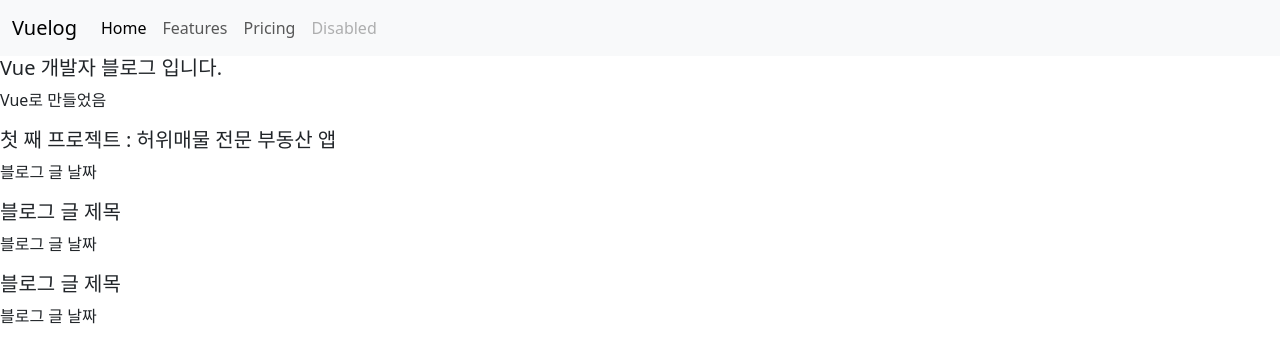
Repository: sangwoolee9701/testReposit
Page: / (app in vue_강습/blog/blog/)
An editor plug-in stored every save of this project. The page is shown before and after the next save, followed by the edit.
The browser window is 1280 px wide. The pictures show the whole page.
The project was rebuilt for these pictures with package versions that can differ from the ones it lists, and the page was loaded fresh each time. Also part of the build but not shown: vue_강습/blog/blog/vite.config.js, vue_강습/blog/blog/src/assets/main.css.

Above is the page before, as saved 2026-03-24 21:06:26.

### vue_강습/blog/blog/index.html
<!DOCTYPE html>
<html lang="">
  <head>
    <meta charset="UTF-8">
    <link rel="icon" href="/favicon.ico">

    <meta name="viewport" content="width=device-width, initial-scale=1.0">
    <title>Vite App</title>
  </head>
  <body>
    <div id="app"></div>
    <script type="module" src="/src/main.js"></script>
  </body>
</html>

### vue_강습/blog/blog/src/main.js
import './assets/main.css'

import { createApp } from 'vue'
import App from './App.vue'

import 'bootstrap'
import 'bootstrap/dist/css/bootstrap.min.css'

createApp(App).mount('#app')

### vue_강습/blog/blog/src/App.vue
<template>
  <nav class="navbar navbar-expand-lg bg-body-tertiary">
    <div class="container-fluid">
      <a class="navbar-brand" href="#">Vuelog</a>
      <button class="navbar-toggler" type="button" data-bs-toggle="collapse" data-bs-target="#navbarNav" aria-controls="navbarNav" aria-expanded="false" aria-label="Toggle navigation">
        <span class="navbar-toggler-icon"></span>
      </button>
      <div class="collapse navbar-collapse" id="navbarNav">
        <ul class="navbar-nav">
          <li class="nav-item">
            <a class="nav-link active" aria-current="page" href="#">Home</a>
          </li>
          <li class="nav-item">
            <a class="nav-link" href="#">Features</a>
          </li>
          <li class="nav-item">
            <a class="nav-link" href="#">Pricing</a>
          </li>
          <li class="nav-item">
            <a class="nav-link disabled" aria-disabled="true">Disabled</a>
          </li>
        </ul>
      </div>
    </div>
  </nav>

  <div class="container_wrap">
    <h5>Vue 개발자 블로그 입니다.</h5>
    <p>Vue로 만들었음</p>

  </div>

  <List :블로그글v="블로그글"/>

</template>




<script>
import List from './components/List.vue';
import blog from './assets/blog.js';

export default{
  name: 'App',

  data(){
    return{
      블로그글 : blog

    }
  },

  components: {
    List : List,
  }
}
</script>







<style>


</style>

### vue_강습/blog/blog/src/components/List.vue
<template>
    <div>
        <h5>{{ 블로그글v[0].title }}</h5>
        <p>블로그 글 날짜</p>
    </div>
    <div>
        <h5>블로그 글 제목</h5>
        <p>블로그 글 날짜</p>
    </div>
    <div>
        <h5>블로그 글 제목</h5>
        <p>블로그 글 날짜</p>
    </div>
</template>




<script>
export default{
    name : 'list',
    props : {
        블로그글v : Array,
    }
}
</script>







<style>
/* reset */





</style>

### vue_강습/blog/blog/src/assets/blog.js
export default [{
    title : '첫 째 프로젝트 : 허위매물 전문 부동산 앱',
    content : 'Vue를 이용하면 비누같이 매끈한 앱을 만들 수 있습니다',
    date : 'September 24, 2021',
    number : 0
  },{
    title : '둘 째 프로젝트 : 오마카세 배달 앱',
    content : '음식이 아니라 셰프를 직접 배달해드립니다',
    date : 'October 20, 2020',
    number : 1
  },{
    title : '셋 째 프로젝트 : 현피 앱',
    content : '거리를 설정하면 가장 가까운 파이터를 소개해드려요! 서로 싸워보세요',
    date : 'April 24, 2019',
    number : 2
  }
]

After the next save:
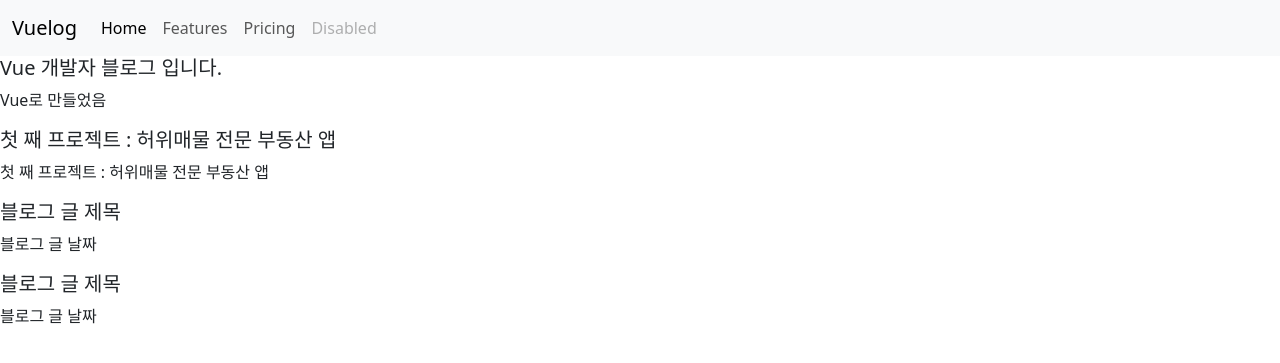
Saved 27 s later.
--- a/vue_강습/blog/blog/src/components/List.vue
+++ b/vue_강습/blog/blog/src/components/List.vue
@@ -1,7 +1,7 @@
 <template>
     <div>
         <h5>{{ 블로그글v[0].title }}</h5>
-        <p>블로그 글 날짜</p>
+        <p>{{ 블로그글v[0].title }}</p>
     </div>
     <div>
         <h5>블로그 글 제목</h5>
